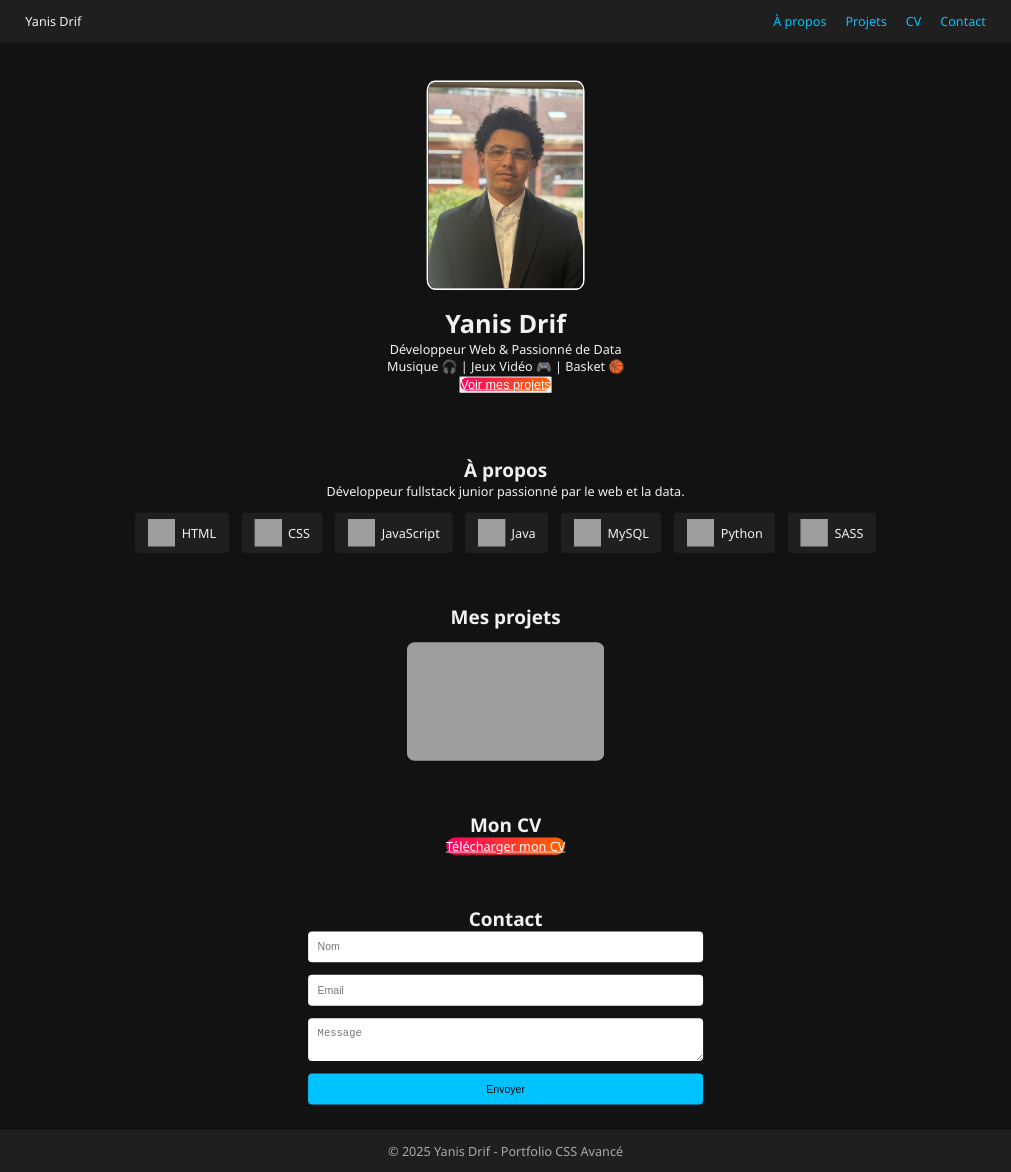
Repository: Yxniiss/ProjetCssAvance
Page: OneDrive/Bureau/Portfolio DrifYanis/home.html
These files come from the project's save history. The page is drawn as it stood at one moment and after the next save; the edit follows.
The browser window is 1280 px wide. The pictures show the whole page, at 79% of full size.
The pointer rests on the first visible `.btn`.
Pictures or frames that could not be fetched are drawn as grey boxes.

Above is the page before, as saved 2025-04-10 10:13:34.
Console error: TypeError: Cannot set properties of null (setting 'textContent')

### OneDrive/Bureau/Portfolio DrifYanis/home.html
<!DOCTYPE html>
<html lang="fr">
<head>
  <meta charset="UTF-8" />
  <meta name="viewport" content="width=device-width, initial-scale=1.0" />
  <title>Portfolio - Yanis Drif</title>
  <link rel="stylesheet" href="/style.css" />
  <script defer src="/script.js"></script>
</head>
<body>
  <nav class="navbar">
    <div class="logo">Yanis Drif</div>
    <ul class="nav-links">
      <li><a href="#apropos">À propos</a></li>
      <li><a href="#projets">Projets</a></li>
      <li><a href="#cv">CV</a></li>
      <li><a href="#contact">Contact</a></li>
    </ul>
  </nav>

  <header class="hero">
    <div class="hero__content">
      <img src="/image/IMG_0965 (2).jpeg" alt="Photo de profil" class="hero__image" />
      <h1 class="hero__name">Yanis Drif</h1>
      <p class="hero__tagline">Développeur <span>Web</span> & Passionné de Data</p>
      <p class="hero__desc">Musique 🎧 | Jeux Vidéo 🎮 | Basket 🏀</p>
      <button><a href="#projets" class="btn">Voir mes projets</button></a>
    </div>
  </header>

  <section id="apropos" class="section about">
    <h2>À propos</h2>
    <p>Développeur fullstack junior passionné par le web et la data.</p>
    <div class="skills">
      <div class="skill"><img src="https://devicon-website.vercel.app/api/html5/original-wordmark.svg" alt="HTML">HTML</div>
      <div class="skill"><img src="https://devicon-website.vercel.app/api/css3/original-wordmark.svg" alt="CSS">CSS</div>
      <div class="skill"><img src="https://devicon-website.vercel.app/api/javascript/original.svg" alt="JavaScript">JavaScript</div>
      <div class="skill"><img src="https://devicon-website.vercel.app/api/java/original-wordmark.svg" alt="Java">Java</div>
      <div class="skill"><img src="https://devicon-website.vercel.app/api/mysql/plain-wordmark.svg" alt="MySQL">MySQL</div>
      <div class="skill"><img src="https://devicon-website.vercel.app/api/python/original-wordmark.svg" alt="Python">Python</div>
      <div class="skill"><img src="https://devicon-website.vercel.app/api/sass/original.svg" alt="SASS">SASS</div>
    </div>
  </section>

  <section id="projets" class="section projets">
    <h2>Mes projets</h2>
    <div class="projects carousel">
      <img src="img/Capture d'écran 2025-04-09 23345.png" alt="Projet 1"/>
      <img src="/img/Capture d'écran 2025-04-09 12402 (1).png" alt="Projet 2" />
      <img src="/img/ChatGPT Image 9 avr. 2025, 23_49_51.png" alt="Projet 3" />
    </div>
  </section>

  <section id="cv" class="section cv">
    <h2>Mon CV</h2>
    <a href="/doc/CV Yanis (1) (1).pdf" download class="btn">Télécharger mon CV</a>
  </section>

  <section id="contact" class="section contact">
    <h2>Contact</h2>
    <form class="contact-form">
      <input type="text" placeholder="Nom" required />
      <input type="email" placeholder="Email" required />
      <textarea placeholder="Message" required></textarea>
      <button type="submit">Envoyer</button>
    </form>
  </section>

  <footer>
    <p>&copy; 2025 Yanis Drif - Portfolio CSS Avancé</p>
  </footer>
</body>
</html>

### OneDrive/Bureau/Portfolio DrifYanis/style.css
* {
    margin: 0;
    padding: 0;
    box-sizing: border-box;
  }

  body {
    font-family: "Segoe UI", sans-serif;
    background-color: #121212;
    color: #f1f1f1;
  }

  .navbar {
    display: flex;
    justify-content: space-between;
    padding: 1rem 2rem;
    background-color: #1f1f1f;
  }

  .nav-links {
    display: flex;
    list-style: none;
    gap: 1.5rem;
  }

  .nav-links a {
    color: #00c2ff;
    text-decoration: none;
  }

  .hero {
    padding: 3rem 1rem;
    text-align: center;
  }

  .hero__image {
    border-radius: 5%;
    width: 200px;
    border: 2px solid #ffffff;
    margin-bottom: 1rem;
  }

  .section {
    padding: 2rem 1rem;
    text-align: center;
  }

  .projects {
    display: flex;
    justify-content: center;
    gap: 1rem;
    flex-wrap: wrap;
    margin-top: 1rem;
  }

  .projects img {
    width: 250px;
    height: 150px;
    -o-object-fit: cover;
       object-fit: cover;
    border-radius: 10px;
  }

  .skills {
    display: flex;
    flex-wrap: wrap;
    gap: 1rem;
    justify-content: center;
    margin-top: 1rem;
  }

  .skill {
    display: flex;
    align-items: center;
    gap: 0.5rem;
    background-color: #1f1f1f;
    padding: 0.5rem 1rem;
    border-radius: 5px;
  }

  .skill img {
    width: 35px;
    height: 35px;
  }

  footer {
    padding: 1rem;
    text-align: center;
    background-color: #1f1f1f;
    color: #aaa;
  }

  .btn {
    padding: :15px 30px;
    font-size: 16px;
    color:white;
    background: linear-gradient(90deg, #ff0066, #ff6600);
    border:none;
    border-radius: 50px;
    cursor: pointer;
    box-shadow: 0 4px 15px rgba(255,0,102,0);
    transition: box-shadow 0.3s ease, transform 0.3s ease;
  }

  .contact-form {
    max-width: 500px;
    margin: auto;
    display: flex;
    flex-direction: column;
    gap: 1rem;
  }

  .contact-form input,
  .contact-form textarea {
    padding: 0.75rem;
    border: none;
    border-radius: 5px;
  }

  .contact-form button {
    background-color: #00c2ff;
    color: #000;
    padding: 0.75rem;
    border: none;
    border-radius: 5px;
    cursor: pointer;
  }

  .start h1{
    text-align: left;
    margin-top: 100px;
    font-size: 35px;
    margin-left: 100px;
  }

  .start h2{
    text-align: left;
    margin-top: 1px;
    font-size: 70px;
    margin-left: 100px;
  }

  .start h3{
    text-align: left;
    margin-top: 1px;
    font-size: 35px;
    margin-left: 100px;
  }

  #mot {
    color:#00c2ff;
  }

  #cursor{
    display: inline-block;
    width: 10px;
    background-color:black;
    animation: blink 0.8s step-end infinite;
  }

  @keyframes blink{
    50% {
      opacity: 0;
    }
  }

  @keyframes typing{
    from{
      width: 0;
    }
    to{
      width: 100%;
    }
  }

  #main{
    opacity: 0;
    transform: translateY(0);
    transition: opacity 5s ease, transform 5s ease;
  }

  body.loaded #main{
    opacity: 1;
    transform: translateY(0);
  }


  .start p{
    text-align: left;
    margin-left: 100px;
    margin-top: 20px;
    font-size: 20px;
  }

  .ntwrks {
    position: absolute;
    top: 410px;
    left: 110px;
    display: flex;
    flex-wrap: wrap;
    gap: 1rem;
  }

  .ntwrk {
    display: flex;
    align-items: center;
    gap: 0.5rem;
    background-color: #1f1f1f;
    padding: 1rem 1rem;
    border-radius: 100px;
    transition: 0.3s ease, opacity 0.3s ease;
  }

  .ntwrk:hover{
    transform: scale(1.2);
    opacity: 0.8;
  }

  .ntwrk img {
    width: 30px;
    height: 30px;
  }

  .modern-button{
    background-color:#00c2ff;
    font-size: 16px;
    font-weight: bold;
    border:none;
    padding: 15px 30px;
    border-radius: 25px;
    cursor: pointer;
    outline: none;
    position: relative;
    right:550px;
    top:120px;
    animation:glow 1.5s infinite alternate;
    transition: 0.3s ease, opacity 0.3s ease;
  }

  .modern-button a{
    color:white;
    text-decoration: none;
  }

  .modern-button:hover{
    transform: scale(1.2);
    opacity: 1;
  }

  @keyframes glow{
    0%{
      box-shadow: 0 0 10px 5px rgba(0, 194, 255, 0.6), 0 0 20px 10px rgba(0, 194, 255, 0.4);
    }
    100%{
      box-shadow: 0 0 20px 10px rgba(0, 194, 255, 1), 0 0 30px 15px rgba(0, 194, 255, 0.8);
    }
  }

  .image{
    max-width: 30%;
    position: relative;
    bottom: 350px;
    left: 350px;
  }

### OneDrive/Bureau/Portfolio DrifYanis/script.js

document.addEventListener('DOMContentLoaded', () => {
    // Scroll fluide
    document.querySelectorAll('a[href^="#"]').forEach(anchor => {
      anchor.addEventListener('click', function (e) {
        e.preventDefault();
        const target = document.querySelector(this.getAttribute('href'));
        if (target) {
          target.scrollIntoView({ behavior: 'smooth' });
        }
      });
    });

    // Carrousel automatique
    const images = document.querySelectorAll('.carousel img');
    let currentIndex = 0;

    function showSlide(index) {
      images.forEach((img, i) => {
        img.style.display = i === index ? 'block' : 'none';
      });
    }

    function nextSlide() {
      currentIndex = (currentIndex + 1) % images.length;
      showSlide(currentIndex);
    }

    if (images.length > 0) {
      showSlide(currentIndex);
      setInterval(nextSlide, 3000); // change every 3 seconds
    }
  });

  const mot = ["Etudiant", "Developpeur web", "Pasionné de code","Developpeur fullstack"];
  let index = 0;
  const element = document.getElementById("mot");
  const cursor = document.getElementById("cursor");

  let typingInterval;
  let currentWord = "";
  let currentCharIndex = 0;

  function  commencerTypingAnimation(){
    currentWord=mot[index];
    currentCharIndex = 0;
    element.textContent = '';

    typingInterval = setInterval(() =>{
      element.textContent += currentWord.charAt(currentCharIndex);
      currentCharIndex++;

      if(currentCharIndex === currentWord.length){
        clearInterval(typingInterval);
        setTimeout(changerMot,1000);
      }
    },150);
  }

  function changerMot(){
    element.textContent=mot[index];
    index++;
    if(index===mot.length){
      index=0;
    }
    commencerTypingAnimation();
  }
  commencerTypingAnimation();

  window.addEventListener('load', function () {
    document.body.classList.add('loaded');
  });

After the next save:
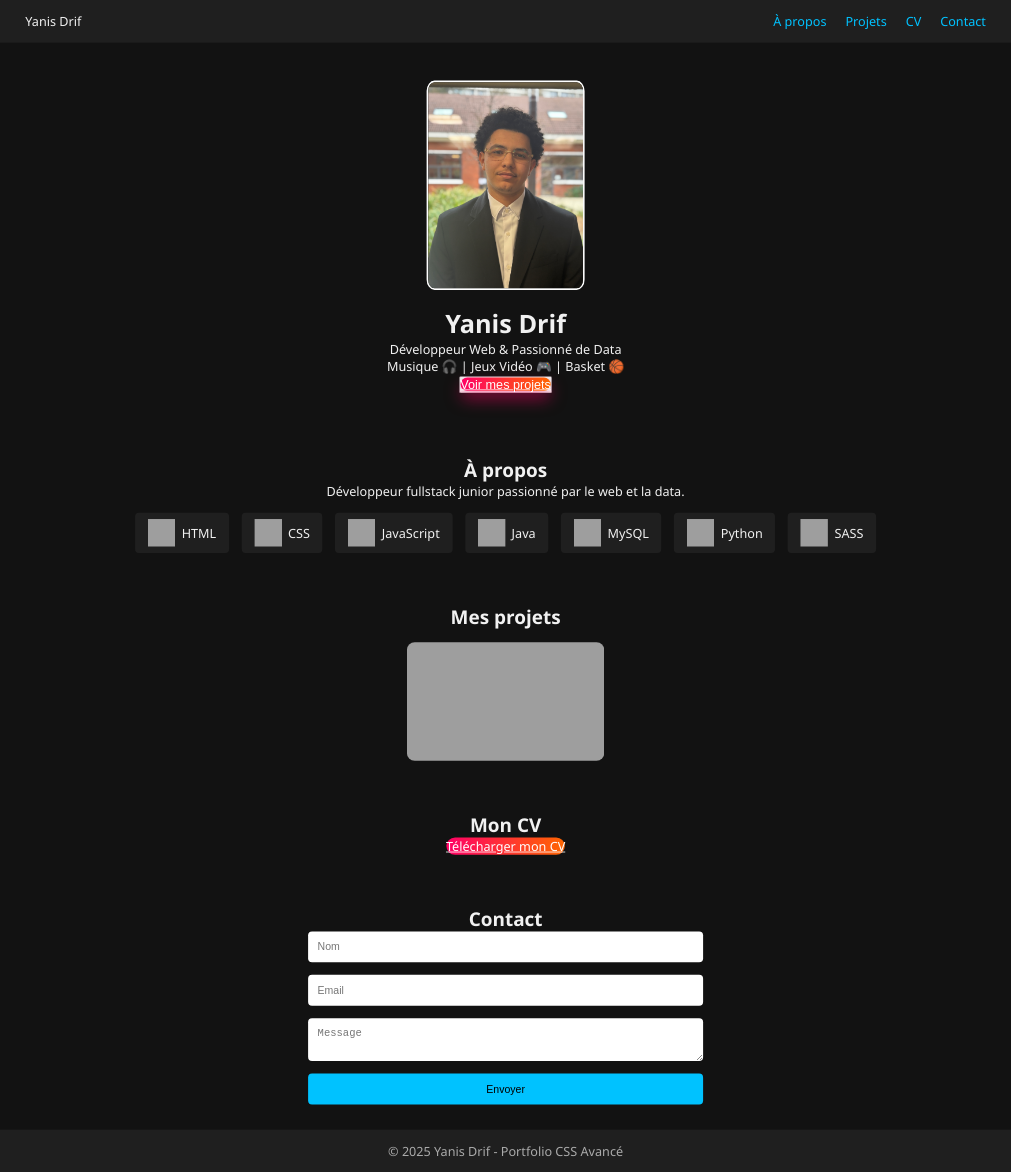
Saved 4 min 13 s later.
--- a/OneDrive/Bureau/Portfolio DrifYanis/style.css
+++ b/OneDrive/Bureau/Portfolio DrifYanis/style.css
@@ -100,6 +100,11 @@
     cursor: pointer;
     box-shadow: 0 4px 15px rgba(255,0,102,0);
     transition: box-shadow 0.3s ease, transform 0.3s ease;
+  }
+
+  .btn:hover{
+    box-shadow: 0 10px 20px rgba(255,0,102,0.5);
+    transform: translateY(-3px);
   }
 
   .contact-form {
